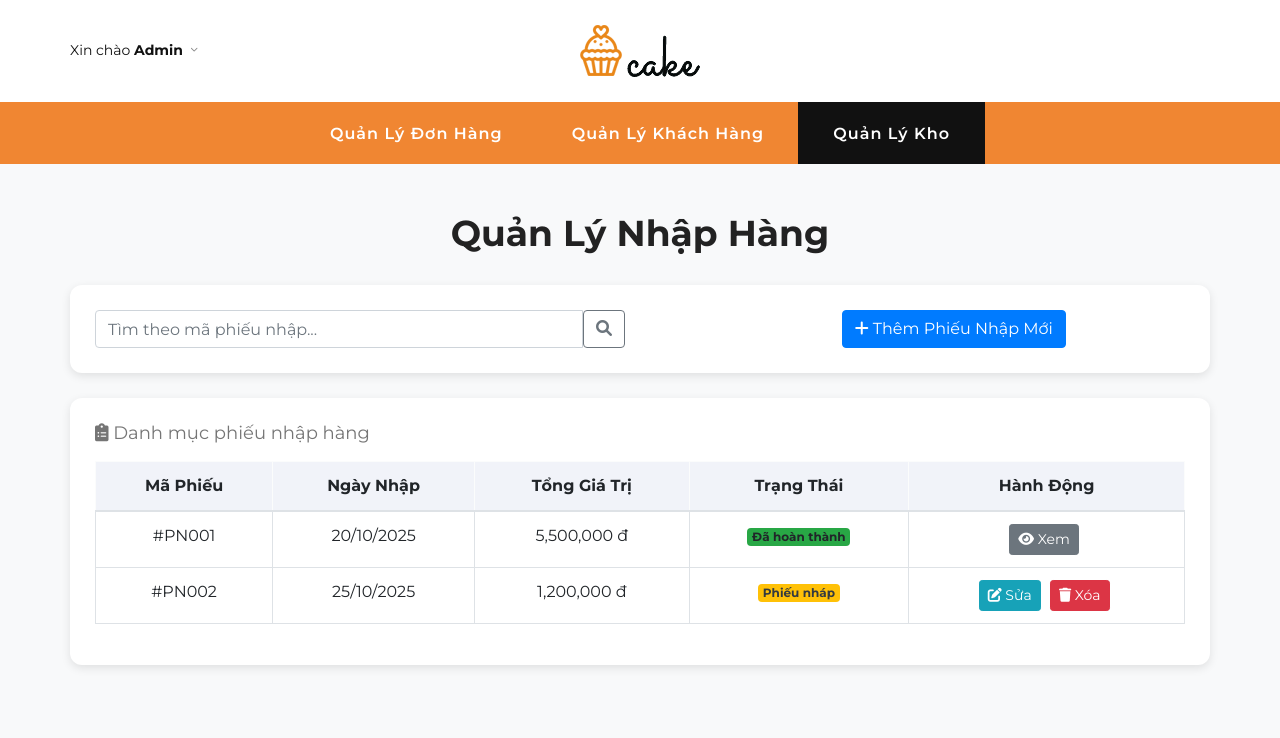
Repository: nhanto2n-byte/Nhom10ChieuThu3
Page: ProjectWeb/cake-main/admin_import.html
The author's editor kept a copy of each file at every save. The page is drawn from the files as they stood at one save, then again after the next save.
The browser window is 1280 px wide. The pictures show the whole page.
Backgrounds fixed to the window are drawn as part of the page.

Above is the page before, as saved 2025-10-28 20:35:04.

### ProjectWeb/cake-main/admin_import.html
<!DOCTYPE html>
<html lang="vi">

<head>
    <meta charset="UTF-8">
    <meta name="viewport" content="width=device-width, initial-scale=1.0">
    <title>Quản lý Nhập Hàng</title>

    <link href="https://fonts.googleapis.com/css2?family=Playfair+Display:wght@400;500;600;700;800;900&display=swap" rel="stylesheet">
    <link href="https://fonts.googleapis.com/css2?family=Montserrat:wght@300;400;500;600;700;800;900&display=swap" rel="stylesheet">

    <link rel="stylesheet" href="css/bootstrap.min.css" type="text/css">
    <link rel="stylesheet" href="css/flaticon.css" type="text/css">
    <link rel="stylesheet" href="css/barfiller.css" type="text/css">
    <link rel="stylesheet" href="css/magnific-popup.css" type="text/css">
    <link rel="stylesheet" href="css/font-awesome.min.css" type="text/css">
    <link rel="stylesheet" href="css/elegant-icons.css" type="text/css">
    <link rel="stylesheet" href="css/nice-select.css" type="text/css">
    <link rel="stylesheet" href="css/owl.carousel.min.css" type="text/css">
    <link rel="stylesheet" href="css/slicknav.min.css" type="text/css">
    <link rel="stylesheet" href="css/style.css" type="text/css">
    <link rel="stylesheet" href="https://cdnjs.cloudflare.com/ajax/libs/font-awesome/6.0.0-beta3/css/all.min.css">

    <style>
        body {
            background-color: #f8f9fa;
            font-family: 'Montserrat', sans-serif;
        }

        h2 {
            font-weight: 700;
            margin-bottom: 30px;
            color: #222;
        }

        .card {
            border: none;
            border-radius: 12px;
            box-shadow: 0 3px 10px rgba(0, 0, 0, 0.1);
            margin-bottom: 25px;
            padding: 25px;
        }

        .table th {
            background-color: #f1f3f9;
        }

        /* Dropdown Menu CSS */
        .header__top__left ul li.has-dropdown { position: relative; }
        .header__top__left ul li .dropdown { display: none; position: absolute; top: 100%; left: 0; z-index: 100; background-color: #333; border: 1px solid #555; box-shadow: 0 4px 10px rgba(0, 0, 0, 0.2); min-width: 200px; padding: 5px 0; list-style: none; }
        .header__top__left ul li.has-dropdown:hover > .dropdown { display: block; }
        .header__top__left ul li .dropdown li a { display: block; padding: 10px 15px; text-decoration: none; color: white; font-size: 16px; white-space: nowrap; }
        .header__top__left ul li .dropdown li a:hover { background-color: #555; color: #ffcc00; }

        .action-buttons .btn { margin-right: 5px; }
    </style>
</head>

<body>
    <div id="preloder">
        <div class="loader"></div>
    </div>

    <header class="header">
        <div class="header__top">
            <div class="container">
                <div class="row">
                    <div class="col-lg-12">
                        <div class="header__top__inner">
                            <div class="header__top__left">
                                <ul>
                                    <li class="has-dropdown">
                                        <a href="./profile.html">
                                            Xin chào <strong>Admin</strong>
                                            <span class="arrow_carrot-down"></span>
                                        </a>
                                        <ul class="dropdown">
                                            <li><a href="./profile.html">My Profile</a></li>
                                            <li><a href="./register.html">Log out</a></li>
                                        </ul>
                                    </li>
                                </ul>
                            </div>
                            <div class="header__logo">
                                <a href="./#.html"><img src="img/logo.png" alt=""></a>
                            </div>
                        </div>
                    </div>
                </div>
                <div class="canvas__open"><i class="fa fa-bars"></i></div>
            </div>
        </div>
        <div class="container">
            <div class="row">
                <div class="col-lg-12">
                    <nav class="header__menu mobile-menu">
                        <ul>
                            <li><a href="./admin_product.html">Quản Lý Đơn Hàng</a></li>
                            <li><a href="./admin_member.html">Quản Lý Khách Hàng</a></li>
                            <li class="active"><a href="#">Quản Lý Kho</a>
                                <ul class="dropdown">
                                    <li><a href="./admin_category.html">Quản Lý Danh Mục Sản Phẩm</a></li>
                                    <li><a href="./admin_import.html">Quản Lý Nhập Sản Phẩm</a></li>
                                    <li><a href="./admin_selling.html">Quản Lý Giá Bán</a></li>
                                    <li><a href="./admin_quantity.html">Quản Lý Số Lượng Tồn</a></li>
                                    <li><a href="./admin_type.html">Quản Lý Loại Sản Phẩm</a></li>
                                </ul>
                            </li>
                        </ul>
                    </nav>
                </div>
            </div>
        </div>
    </header>
    <div class="container py-5">
        <h2 class="text-center">Quản Lý Nhập Hàng</h2>

        <div class="card">
            <div class="row g-3 justify-content-between align-items-center">
                <div class="col-md-6">
                    <div class="input-group">
                        <input type="text" class="form-control" placeholder="Tìm theo mã phiếu nhập...">
                        <button class="btn btn-outline-secondary" type="button"><i class="fa fa-search"></i></button>
                    </div>
                </div>
                <div class="col-md-4 text-end">
                    <button class="btn btn-primary" data-bs-toggle="modal" data-bs-target="#importModal">
                        <i class="fa-solid fa-plus"></i> Thêm Phiếu Nhập Mới
                    </button>
                </div>
            </div>
        </div>

        <div class="card bg-white">
            <h5><i class="fa-solid fa-clipboard-list"></i> Danh mục phiếu nhập hàng</h5>
            <div class="table-responsive mt-3">
                <table class="table table-bordered text-center align-middle">
                    <thead class="table-light">
                        <tr>
                            <th>Mã Phiếu</th>
                            <th>Ngày Nhập</th>
                            <th>Tổng Giá Trị</th>
                            <th>Trạng Thái</th>
                            <th>Hành Động</th>
                        </tr>
                    </thead>
                    <tbody>
                        <tr>
                            <td>#PN001</td>
                            <td>20/10/2025</td>
                            <td>5,500,000 đ</td>
                            <td><span class="badge bg-success">Đã hoàn thành</span></td>
                            <td class="action-buttons">
                                <button class="btn btn-secondary btn-sm" data-bs-toggle="modal" data-bs-target="#importModal">
                                    <i class="fa-solid fa-eye"></i> Xem
                                </button>
                            </td>
                        </tr>
                        <tr>
                            <td>#PN002</td>
                            <td>25/10/2025</td>
                            <td>1,200,000 đ</td>
                            <td><span class="badge bg-warning text-dark">Phiếu nháp</span></td>
                            <td class="action-buttons">
                                <button class="btn btn-info btn-sm" data-bs-toggle="modal" data-bs-target="#importModal">
                                    <i class="fa-solid fa-pen-to-square"></i> Sửa
                                </button>
                                <button class="btn btn-danger btn-sm"><i class="fa-solid fa-trash"></i> Xóa</button>
                            </td>
                        </tr>
                    </tbody>
                </table>
            </div>
        </div>
    </div>

    <div class="modal fade" id="importModal" tabindex="-1" aria-labelledby="importModalLabel" aria-hidden="true">
        <div class="modal-dialog modal-xl">
            <div class="modal-content">
                <div class="modal-header">
                    <h5 class="modal-title" id="importModalLabel"><i class="fa-solid fa-file-invoice"></i> Thông tin Phiếu Nhập Hàng</h5>
                    <button type="button" class="btn-close" data-bs-dismiss="modal" aria-label="Close"></button>
                </div>
                <div class="modal-body">
                    <form>
                        <div class="row mb-3">
                            <div class="col-md-4">
                                <label for="importDate" class="form-label"><strong>Ngày nhập</strong></label>
                                <input type="date" class="form-control" id="importDate">
                            </div>
                        </div>

                        <hr>

                        <h6><strong>Chi tiết sản phẩm</strong></h6>
                        <div class="table-responsive">
                            <table class="table table-bordered align-middle">
                                <thead class="table-light">
                                    <tr>
                                        <th>Sản phẩm</th>
                                        <th style="width: 15%;">Số lượng</th>
                                        <th style="width: 20%;">Giá nhập (VNĐ)</th>
                                        <th style="width: 20%;">Thành tiền</th>
                                        <th style="width: 10%;" class="text-center">Xóa</th>
                                    </tr>
                                </thead>
                                <tbody>
                                    <tr>
                                        <td>Dozen Cupcakes</td>
                                        <td><input type="number" class="form-control" value="10"></td>
                                        <td><input type="number" class="form-control" value="150000"></td>
                                        <td>1,500,000 đ</td>
                                        <td class="text-center"><button class="btn btn-outline-danger btn-sm"><i class="fa-solid fa-trash"></i></button></td>
                                    </tr>
                                    <tr>
                                        <td>Cookies And Cream</td>
                                        <td><input type="number" class="form-control" value="5"></td>
                                        <td><input type="number" class="form-control" value="200000"></td>
                                        <td>1,000,000 đ</td>
                                        <td class="text-center"><button class="btn btn-outline-danger btn-sm"><i class="fa-solid fa-trash"></i></button></td>
                                    </tr>
                                    <tr>
                                        <td>
                                            <select class="form-select">
                                                <option selected>Chọn sản phẩm...</option>
                                                <option value="1">German Chocolate</option>
                                                <option value="2">Vanilla Salted Caramel</option>
                                            </select>
                                        </td>
                                        <td><input type="number" class="form-control" placeholder="0"></td>
                                        <td><input type="number" class="form-control" placeholder="0"></td>
                                        <td>0 đ</td>
                                        <td class="text-center"><button class="btn btn-outline-success btn-sm"><i class="fa-solid fa-plus"></i></button></td>
                                    </tr>
                                </tbody>
                                <tfoot>
                                    <tr>
                                        <td colspan="3" class="text-end"><strong>Tổng cộng:</strong></td>
                                        <td colspan="2"><strong>2,500,000 đ</strong></td>
                                    </tr>
                                </tfoot>
                            </table>
                        </div>
                    </form>
                </div>
                <div class="modal-footer">
                    <button type="button" class="btn btn-secondary" data-bs-dismiss="modal">Đóng</button>
                    <button type="button" class="btn btn-warning">Lưu Nháp</button>
                    <button type="button" class="btn btn-primary">Hoàn Thành Phiếu</button>
                </div>
            </div>
        </div>
    </div>

    <script src="js/jquery-3.3.1.min.js"></script>
    <script src="js/bootstrap.min.js"></script>
    <script src="js/jquery.nice-select.min.js"></script>
    <script src="js/jquery.barfiller.js"></script>
    <script src="js/jquery.magnific-popup.min.js"></script>
    <script src="js/jquery.slicknav.js"></script>
    <script src="js/owl.carousel.min.js"></script>
    <script src="js/jquery.nicescroll.min.js"></script>
    <script src="js/main.js"></script>
    <script src="https://cdn.jsdelivr.net/npm/bootstrap@5.3.2/dist/js/bootstrap.bundle.min.js"></script>
</body>
</html>

### ProjectWeb/cake-main/css/barfiller.css
.barfiller {
    width:100%;
    height:12px;
    background:#fcfcfc;
    border:1px solid #ccc;
    position:relative;
    margin-bottom:20px;
    box-shadow: inset 1px 4px 9px -6px rgba(0,0,0,.5);
    -moz-box-shadow: inset 1px 4px 9px -6px rgba(0,0,0,.5);
}

.barfiller .fill {
    display:block;
    position:relative;
    width:0px;
    height:100%;
    background:#333;
    z-index:1;
}

.barfiller .tipWrap {
    display:none;
}

.barfiller .tip {
    margin-top:-30px;
    padding:2px 4px;
    font-size:11px;
    color:#fff;
    left:0px;
    position:absolute;
    z-index:2;
    background: #333;
}

.barfiller .tip:after {
    border:solid;
    border-color:rgba(0,0,0,.8) transparent;
    border-width:6px 6px 0 6px;
    content:"";
    display:block;
    position:absolute;
    left:9px;
    top:100%;
    z-index:9
}

Loaded but not shown: ProjectWeb/cake-main/css/bootstrap.min.css (library); ProjectWeb/cake-main/css/flaticon.css (common file); ProjectWeb/cake-main/css/magnific-popup.css (library); ProjectWeb/cake-main/css/font-awesome.min.css (library); ProjectWeb/cake-main/css/nice-select.css (common file); ProjectWeb/cake-main/css/owl.carousel.min.css (library); ProjectWeb/cake-main/css/slicknav.min.css (common file); ProjectWeb/cake-main/js/jquery-3.3.1.min.js (library); ProjectWeb/cake-main/js/bootstrap.min.js (library); ProjectWeb/cake-main/js/jquery.nice-select.min.js (common file); ProjectWeb/cake-main/js/jquery.barfiller.js (library); ProjectWeb/cake-main/js/jquery.magnific-popup.min.js (library); ProjectWeb/cake-main/js/jquery.slicknav.js (library); ProjectWeb/cake-main/js/owl.carousel.min.js (library); ProjectWeb/cake-main/js/jquery.nicescroll.min.js (library); ProjectWeb/cake-main/js/main.js (235 lines, source omitted); ProjectWeb/cake-main/css/style.css (4080 lines, source omitted); ProjectWeb/cake-main/css/elegant-icons.css (1157 lines, source omitted)

After the next save:
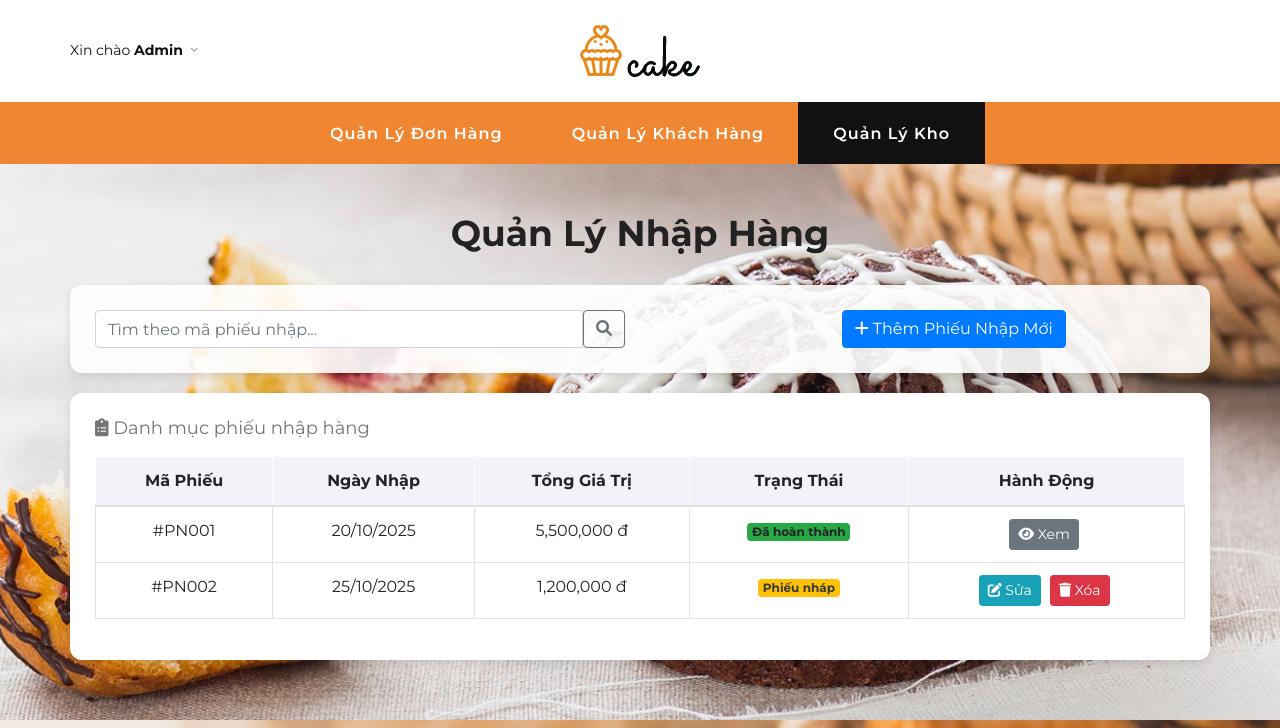
Saved 71 s later.
--- a/ProjectWeb/cake-main/admin_import.html
+++ b/ProjectWeb/cake-main/admin_import.html
@@ -52,7 +52,80 @@
         .header__top__left ul li .dropdown li a { display: block; padding: 10px 15px; text-decoration: none; color: white; font-size: 16px; white-space: nowrap; }
         .header__top__left ul li .dropdown li a:hover { background-color: #555; color: #ffcc00; }
 
-        .action-buttons .btn { margin-right: 5px; }
+        .action-buttons .btn { margin-right: 5px; }body {
+    background: url('img/hero/hero-1.jpg') no-repeat center center fixed;
+    background-size: cover;
+    font-family: 'Montserrat', sans-serif;
+    color: #222;
+  }
+
+  h2 {
+    font-weight: 700;
+    margin-bottom: 30px;
+    color: #222;
+  }
+
+  .card {
+    border: none;
+    border-radius: 12px;
+    box-shadow: 0 3px 10px rgba(0, 0, 0, 0.1);
+    margin-bottom: 20px;
+    padding: 25px;
+    background-color: rgba(255, 255, 255, 0.9); /* 💡 nền trắng mờ để đọc rõ trên ảnh */
+  }
+
+  .table th {
+    background-color: #f1f3f9;
+  }
+
+  input[name="page"] {
+    display: none;
+  }
+
+  #page1Content,
+  #page2Content {
+    display: none;
+    animation: fade 0.4s ease;
+  }
+
+  #page1:checked~.book #page1Content {
+    display: block;
+  }
+
+  #page2:checked~.book #page2Content {
+    display: block;
+  }
+
+  .controls {
+    text-align: center;
+    margin-top: 15px;
+  }
+
+  .controls label {
+    display: inline-block;
+    background-color: #e9ecef;
+    border-radius: 20px;
+    padding: 6px 16px;
+    margin: 0 5px;
+    cursor: pointer;
+    transition: all 0.3s;
+    font-weight: 500;
+  }
+
+  #page1:checked~.controls label[for="page1"],
+  #page2:checked~.controls label[for="page2"] {
+    background-color: #0d6efd;
+    color: white;
+  }
+
+  @keyframes fade {
+    from { opacity: 0; }
+    to { opacity: 1; }
+  }
+
+  .btn-add {
+    margin-bottom: 20px;
+  }
     </style>
 </head>
 
